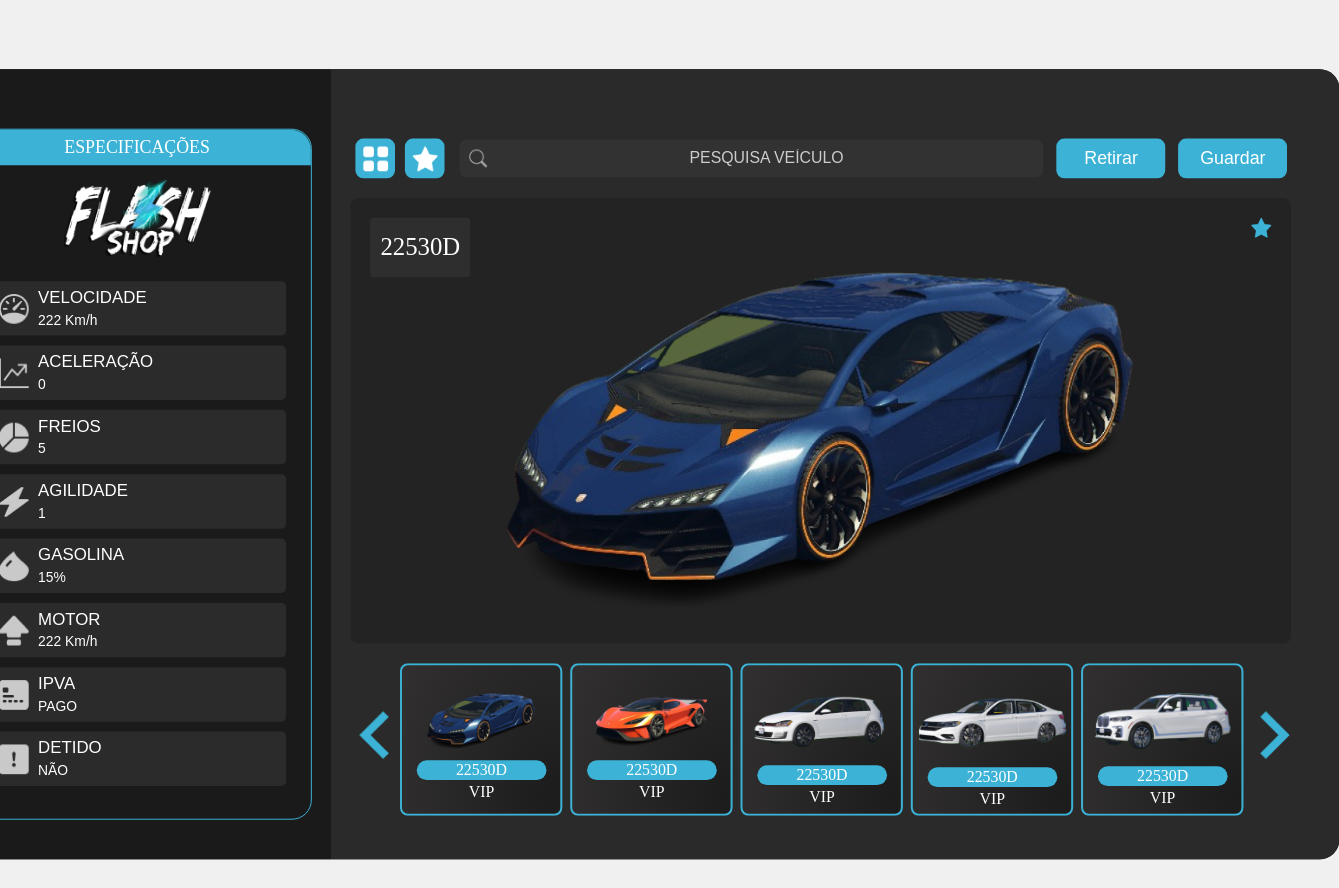
Repository: DuMCorrea/Garagem
Page: index.html
The author's editor kept a copy of each file at every save. The page is drawn from the files as they stood at one save, then again after the next save.
The browser window is 1280 px wide. The page is 1353 px wide, so the pictures cover 1353 px, including what lies to the right of the window. The pictures show the whole page, at 99% of full size.
Some web fonts or font styles are not loaded; a fallback is used.

Above is the page before, as saved 2024-08-22 20:19:18.

After the next save:
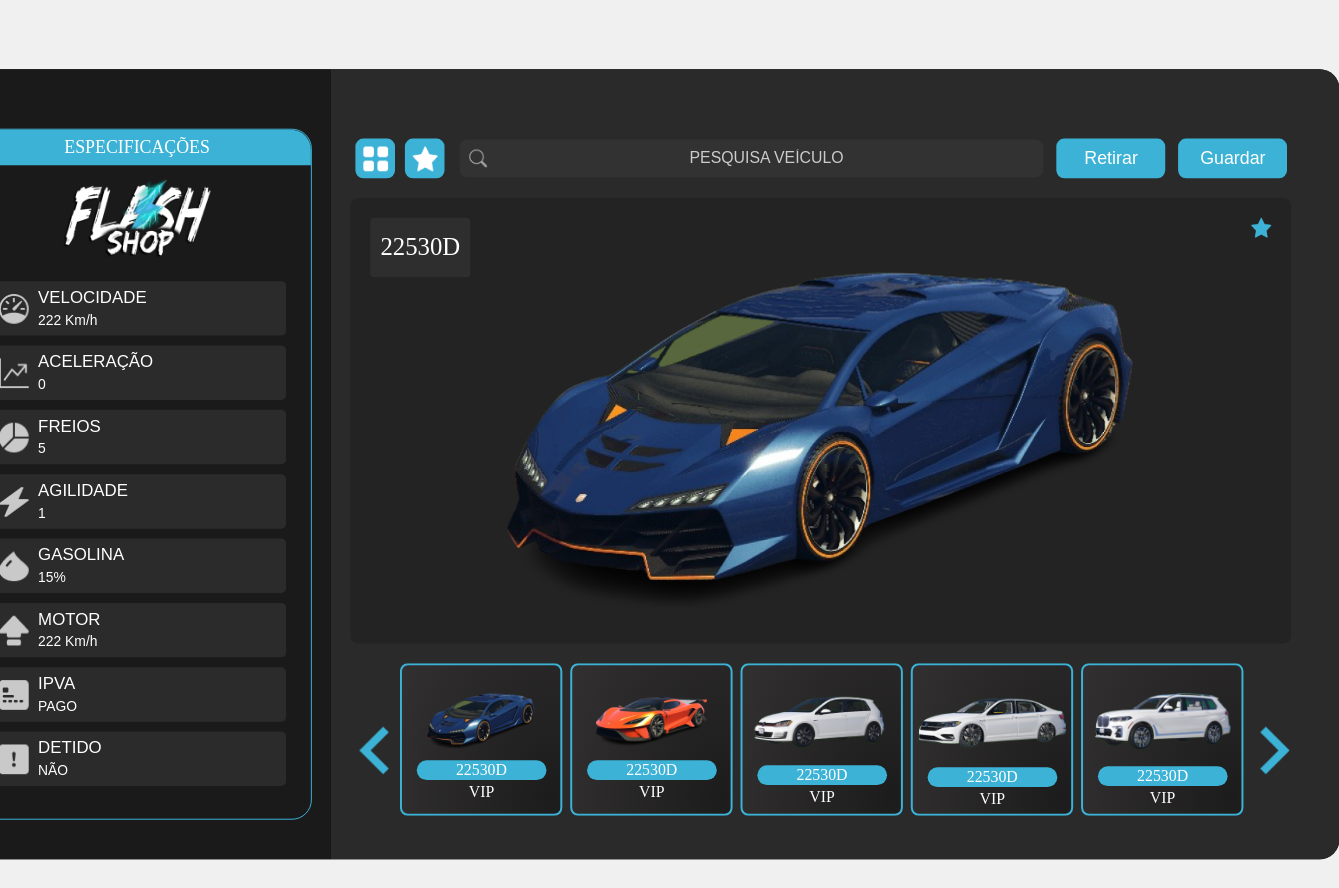
Saved 4 s later.
--- a/styles.css
+++ b/styles.css
@@ -395,7 +395,7 @@
     top: 50%;
     transform: translateY(-50%);
     width: 25px; /* Ajuste o tamanho conforme necessário */
-    height: auto;
+    height: 20px;
     background: none; /* Remove o fundo do botão */
     border: none; /* Remove a borda do botão */
     padding: 0; /* Remove o padding do botão */
